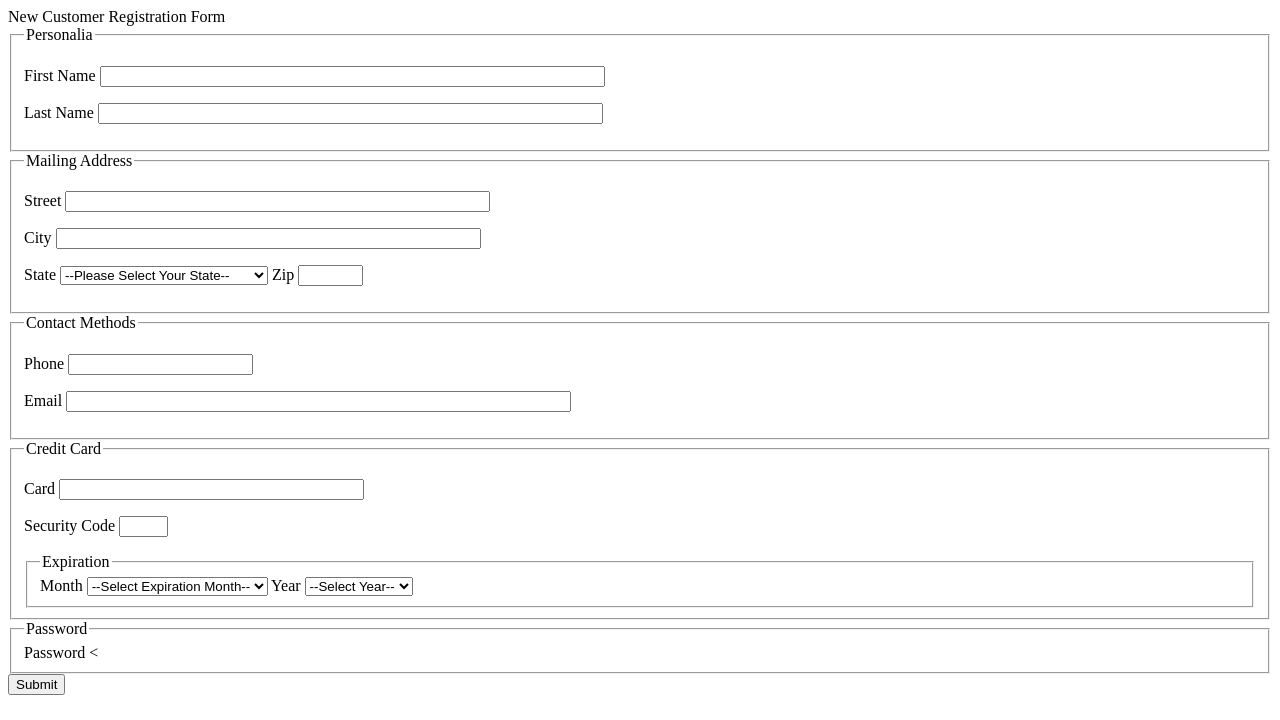
Repository: banjilawal/htdocs
Page: http://localhost/controls/new_customer-form.php
An editor plug-in stored every save of this project. The page is shown before and after the next save, followed by the edit.
The browser window is 1280 px wide. The pictures show the whole page.
The page is run by PHP 8.4 with error messages shown; the project is at /var/www/html/.

Above is the page before, as saved 2022-03-26 23:58:59.

After the next save:
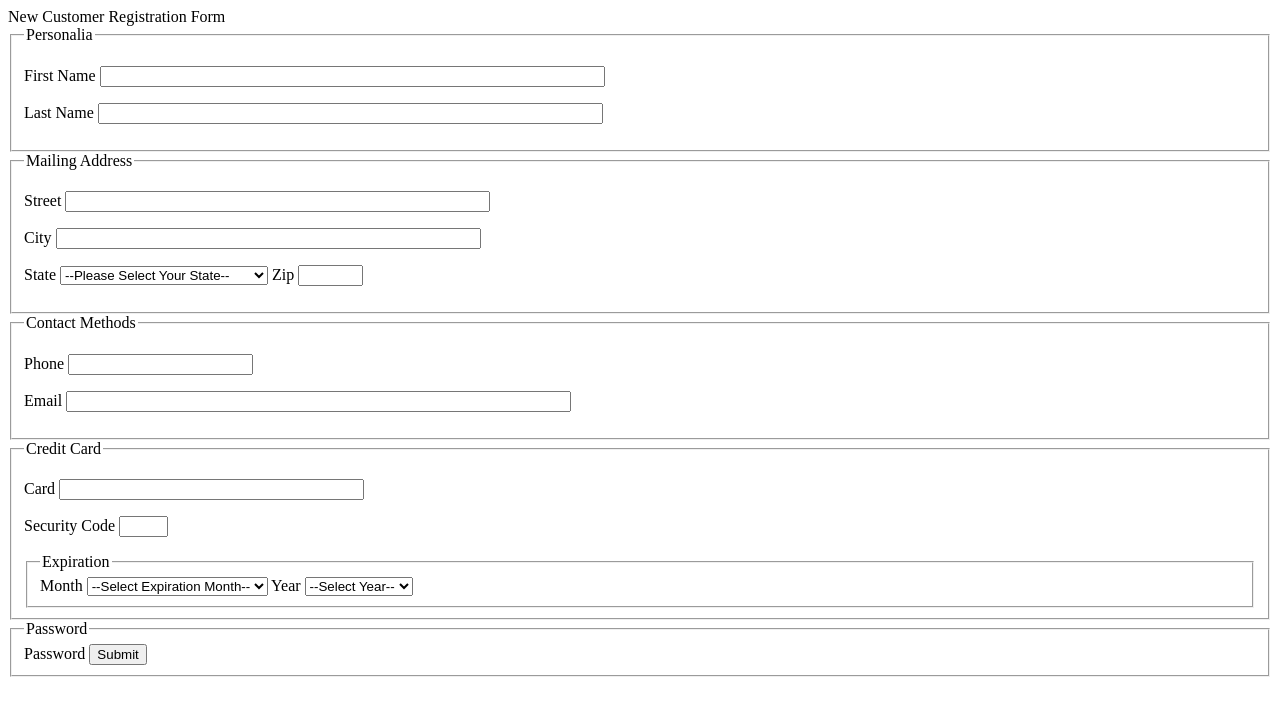
Saved 3 s later.
--- a/shop-0.01/controls/new_customer-form.php
+++ b/shop-0.01/controls/new_customer-form.php
@@ -179,7 +179,7 @@
 
         <fieldset><legend>Password</legend>
             <label for="password">Password</label>
-            <
+            <in
 
         </fieldset>
 
